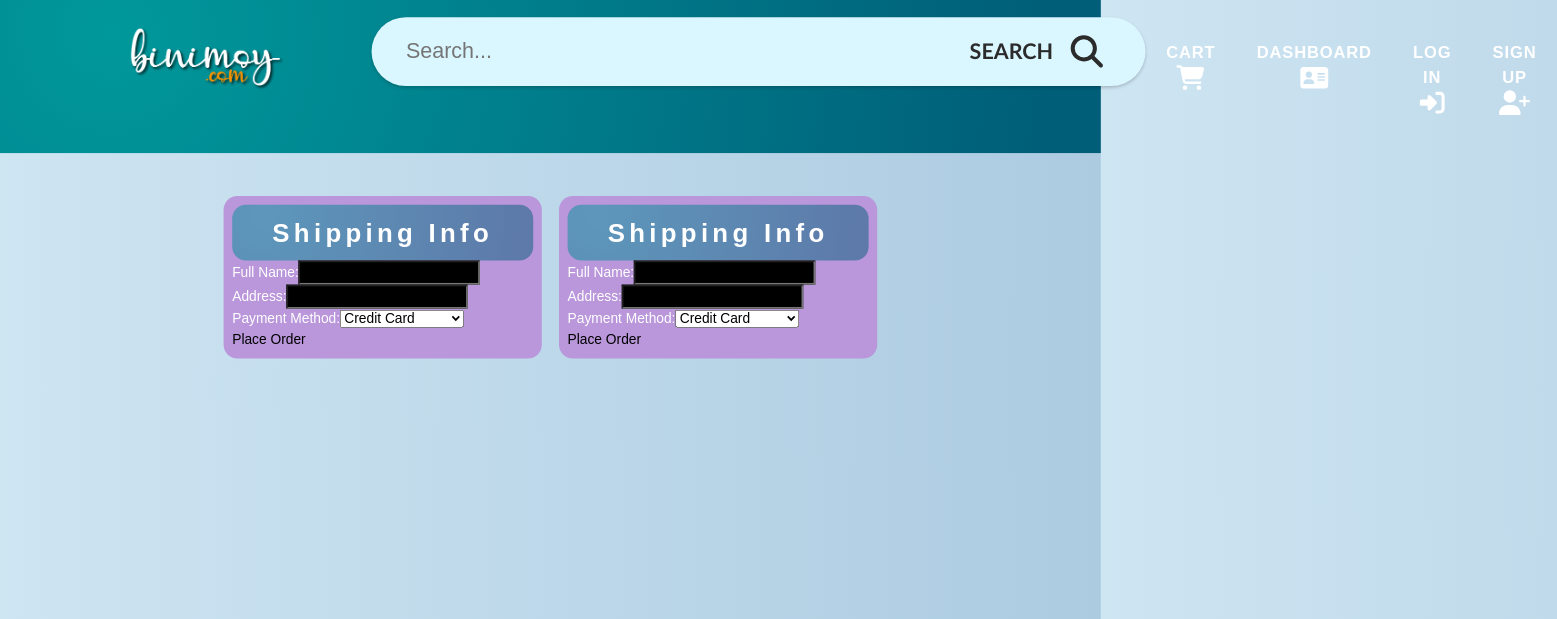
Repository: Shadman2024/2_1_DatabaseProject
Page: /checkout (app in frontend/)
These files come from the project's save history. The page is drawn as it stood at one moment and after the next save; the edit follows.
The browser window is 1280 px wide. The page is 1811 px wide, so the pictures cover 1811 px, including what lies to the right of the window. The pictures show the whole page, at 86% of full size.
Some web libraries are served in a nearby version. The project was rebuilt for these pictures with package versions that can differ from the ones it lists, and the page was loaded fresh each time. Also part of the build but not shown: frontend/src/App.css, frontend/src/signUp/signup.js, frontend/src/logIn/login.js, frontend/src/Home/home.module.css, frontend/src/Home/hero.js, frontend/src/Home/hero2.js, frontend/src/Home/hero3.js, frontend/src/Home/smallcategory.module.css and 31 more.

Above is the page before, as saved 2024-03-08 13:50:06.

### frontend/public/index.html
<!DOCTYPE html>
<html lang="en">

<head>
  <meta charset="utf-8" />
  <link rel="icon" href="%PUBLIC_URL%/favicon.ico" />
  <meta name="viewport" content="width=device-width, initial-scale=1" />
  <meta name="theme-color" content="#000000" />
  <meta name="description" content="Web site created using create-react-app" />
  <link rel="apple-touch-icon" href="%PUBLIC_URL%/logo192.png" />
  <!--
      manifest.json provides metadata used when your web app is installed on a
      user's mobile device or desktop. See https://developers.google.com/web/fundamentals/web-app-manifest/
    -->
  <link rel="manifest" href="%PUBLIC_URL%/manifest.json" />
  <link href="https://cdn.jsdelivr.net/npm/bootstrap@5.0.2/dist/css/bootstrap.min.css" rel="stylesheet"
    integrity="sha384-EVSTQN3/azprG1Anm3QDgpJLIm9Nao0Yz1ztcQTwFspd3yD65VohhpuuCOmLASjC" crossorigin="anonymous">
  <!--
      Notice the use of %PUBLIC_URL% in the tags above.
      It will be replaced with the URL of the `public` folder during the build.
      Only files inside the `public` folder can be referenced from the HTML.

      Unlike "/favicon.ico" or "favicon.ico", "%PUBLIC_URL%/favicon.ico" will
      work correctly both with client-side routing and a non-root public URL.
      Learn how to configure a non-root public URL by running `npm run build`.
    -->
  <title>React App</title>
</head>

<body style="background: linear-gradient(to right, #cee5f2, #accbe1);
/* Other styles */
margin: 0;
height: 100vh;
color: white;">
<!-- <body style="background: #1B1B1B"> -->


  <noscript>You need to enable JavaScript to run this app.</noscript>
  <div id="root"></div>
  <!--
      This HTML file is a template.
      If you open it directly in the browser, you will see an empty page.

      You can add webfonts, meta tags, or analytics to this file.
      The build step will place the bundled scripts into the <body> tag.

      To begin the development, run `npm start` or `yarn start`.
      To create a production bundle, use `npm run build` or `yarn build`.
    -->
  <script src="https://cdn.jsdelivr.net/npm/bootstrap@5.0.2/dist/js/bootstrap.bundle.min.js"
    integrity="sha384-MrcW6ZMFYlzcLA8Nl+NtUVF0sA7MsXsP1UyJoMp4YLEuNSfAP+JcXn/tWtIaxVXM"
    crossorigin="anonymous"></script>
  <script src="https://cdn.jsdelivr.net/npm/@popperjs/core@2.9.2/dist/umd/popper.min.js"
    integrity="sha384-IQsoLXl5PILFhosVNubq5LC7Qb9DXgDA9i+tQ8Zj3iwWAwPtgFTxbJ8NT4GN1R8p"
    crossorigin="anonymous"></script>
  <script src="https://cdn.jsdelivr.net/npm/bootstrap@5.0.2/dist/js/bootstrap.min.js"
    integrity="sha384-cVKIPhGWiC2Al4u+LWgxfKTRIcfu0JTxR+EQDz/bgldoEyl4H0zUF0QKbrJ0EcQF"
    crossorigin="anonymous"></script>
  <script src="https://code.jquery.com/jquery-3.2.1.slim.min.js"
    integrity="sha384-KJ3o2DKtIkvYIK3UENzmM7KCkRr/rE9/Qpg6aAZGJwFDMVNA/GpGFF93hXpG5KkN"
    crossorigin="anonymous"></script>
  <script src="https://cdnjs.cloudflare.com/ajax/libs/popper.js/1.12.3/umd/popper.min.js"
    integrity="sha384-vFJXuSJphROIrBnz7yo7oB41mKfc8JzQZiCq4NCceLEaO4IHwicKwpJf9c9IpFgh"
    crossorigin="anonymous"></script>
  <script src="https://maxcdn.bootstrapcdn.com/bootstrap/4.0.0-beta.2/js/bootstrap.min.js"
    integrity="sha384-alpBpkh1PFOepccYVYDB4do5UnbKysX5WZXm3XxPqe5iKTfUKjNkCk9SaVuEZflJ"
    crossorigin="anonymous"></script>


</body>

</html>

### frontend/src/index.css
*{
  margin: 0;
  outline: none;
}
body {
  margin: 0;
  font-family: -apple-system, BlinkMacSystemFont, 'Segoe UI', 'Roboto', 'Oxygen',
    'Ubuntu', 'Cantarell', 'Fira Sans', 'Droid Sans', 'Helvetica Neue',
    sans-serif;
  -webkit-font-smoothing: antialiased;
  -moz-osx-font-smoothing: grayscale;
}

code {
  font-family: source-code-pro, Menlo, Monaco, Consolas, 'Courier New',
    monospace;
}
html {
  scroll-behavior: smooth;
  position: relative;
  min-height: 100%;
  overflow-x: hidden;
}

### frontend/src/signUp/signup.module.css

.login_box {
  position: absolute;
  top: 50%;
  left: 50%;
  width: 400px;
  padding: 40px;
  margin: 20px auto;
  transform: translate(-50%, -55%);
  background-image: radial-gradient( circle farthest-corner at 10% 20%,  rgba(0,152,155,1) 0.1%, rgba(0,94,120,1) 94.2% );
  box-sizing: border-box;
  box-shadow: 0 15px 25px rgba(0,0,0,.6);
  border-radius: 10px;
  color: #ffffff;
  font-size: large;
  /* padding-left: 100px;
  padding-right: 100px; */
}
.login_box .user_box {
  position: relative;
}

.login_box .user_box input {
  width: 100%;
  padding: 10px 0;
  font-size: 16px;
  color: #fffdfd;
  margin-bottom: 30px;
  border: none;
  /* background-color: #0F1F2A; */
  border-bottom: 1px solid #ffffff;
  outline: none;
  background: transparent;
  font-size: larger;
  /* font-weight: bolder; */
}

.login_box .user_box label {
  position: absolute;
  top: -20px;
  left: 0;
  padding: 10px 0;
  font-size: 20px;
  color: #ffffff;
  /* background-color: #2E5D7F; */
  pointer-events: none;
  transition: .5s;
  font-size: large;
  /* padding: 0px;
  padding-left: 20%;
  padding-right: 20%; */
  font-weight: bold;
}

.login_box .user_box input:focus ~ label,
.login_box .user_box input:valid ~ label {
  /* top: -20px; */
  left: 0;
  color: #ffffff;
  font-size: 20px;
  /* background-color: #242424; */
  padding: 0px;
  padding-left: 10px;
  padding-right: 10px;
  font-weight: bolder;
}


.login_box p:first-child {
  margin: 0 0 30px;
  padding: 0;
  color: #ffffff;
  text-align: center;
  font-size: 1.5rem;
  font-weight: bold;
  letter-spacing: 1px;
  padding-bottom: 30px;
}




.animated_button {
  position: relative;
  display: inline-block;
  padding: 12px 24px;
  border: none;
  font-size: 16px;
  background-color: inherit;
  border-radius: 100px;
  font-weight: 600;
  color: #ffffff;
  box-shadow: 0 0 0 2px #ffffff00;
  cursor: pointer;
  overflow: hidden;
  transition: all 0.6s cubic-bezier(0.23, 1, 0.320, 1);
  text-align: center;
  font-size: 1.2rem;
  /* font-weight: bold; */
  letter-spacing: 1px;
  /* padding-bottom: 30px; */
}

.animated_button span:last-child {
  position: absolute;
  top: 50%;
  left: 50%;
  transform: translate(-50%, -50%);
  width: 20px;
  height: 20px;
  background-color: #fff;
  /* color: #000; */
  border-radius: 50%;
  opacity: 0;
  transition: all 0.8s cubic-bezier(0.23, 1, 0.320, 1);
}

.animated_button span:first-child {
  position: relative;
  z-index: 1;
}

.animated_button:hover {
  box-shadow: 0 0 0 3px #ffffff;
  color: #2F0332;
}

.animated_button:active {
  scale: 0.95;
}

.animated_button:hover span:last-child {
  width: 150px;
  height: 150px;
  opacity: 1;
}

input {
  color: white;
  background-color: black;
}

::-ms-reveal {
  filter: invert(100%);
}

/* Chrome, Safari, Edge, Opera */
input::-webkit-outer-spin-button,
input::-webkit-inner-spin-button {
-webkit-appearance: none;
margin: 0;
}

### frontend/src/logIn/login.module.css


.login_box {
  position: absolute;
  top: 50%;
  left: 50%;
  width: 400px;
  padding: 40px;
  margin: 20px auto;
  transform: translate(-50%, -55%);
  background-image: radial-gradient( circle farthest-corner at 10% 20%,  rgba(0,152,155,1) 0.1%, rgba(0,94,120,1) 94.2% );
  box-sizing: border-box;
  box-shadow: 0 15px 25px rgba(0, 0, 0, .6);
  border-radius: 10px;
  color: #ffffff;
  font-size: large;
  /* padding-left: 100px;
  padding-right: 100px; */
}

.login_box .user_box {
  position: relative;
}

.login_box .user_box input {
  width: 100%;
  padding: 10px 0;
  font-size: 16px;
  color: #fffdfd;
  margin-bottom: 30px;
  border: none;
  /* background-color: #0F1F2A; */
  border-bottom: 1px solid #ffffff;
  outline: none;
  background: transparent;
  font-size: larger;
  /* font-weight: bolder; */
}

.login_box .user_box label {
  position: absolute;
  top: -20px;
  left: 0;
  padding: 10px 0;
  font-size: 20px;
  color: #ffffff;
  /* background-color: #2E5D7F; */
  pointer-events: none;
  transition: .5s;
  font-size: large;
  /* padding: 0px;
  padding-left: 20%;
  padding-right: 20%; */
  font-weight: bold;
}

.login_box .user_box input:focus~label,
.login_box .user_box input:valid~label {
  /* top: -20px; */
  left: 0;
  color: #ffffff;
  font-size: 20px;
  /* background-color: #242424; */
  padding: 0px;
  padding-left: 10px;
  padding-right: 10px;
  font-weight: bolder;
}


.login_box p:first-child {
  margin: 0 0 30px;
  padding: 0;
  color: #ffffff;
  text-align: center;
  font-size: 1.5rem;
  font-weight: bold;
  letter-spacing: 1px;
  padding-bottom: 30px;
}




.animated_button {
  position: relative;
  display: inline-block;
  padding: 12px 24px;
  border: none;
  font-size: 16px;
  background-color: inherit;
  border-radius: 100px;
  font-weight: 600;
  color: #ffffff;
  box-shadow: 0 0 0 2px #ffffff00;
  cursor: pointer;
  overflow: hidden;
  transition: all 0.6s cubic-bezier(0.23, 1, 0.320, 1);
  text-align: center;
  font-size: 1.2rem;
  /* font-weight: bold; */
  letter-spacing: 1px;
  /* padding-bottom: 30px; */
}

.animated_button span:last-child {
  position: absolute;
  top: 50%;
  left: 50%;
  transform: translate(-50%, -50%);
  width: 20px;
  height: 20px;
  background-color: #fff;
  /* color: #000; */
  border-radius: 50%;
  opacity: 0;
  transition: all 0.8s cubic-bezier(0.23, 1, 0.320, 1);
}

.animated_button span:first-child {
  position: relative;
  z-index: 1;
}

.animated_button:hover {
  box-shadow: 0 0 0 3px #ffffff;
  color: #2F0332;
}

.animated_button:active {
  scale: 0.95;
}

.animated_button:hover span:last-child {
  width: 150px;
  height: 150px;
  opacity: 1;
}

input {
  color: white;
  background-color: black;
}

::-ms-reveal {
  filter: invert(100%);
}

### frontend/src/dashboard/dashboard.module.css
body {
    /* font-family: Arial, sans-serif; */
    margin: 0;
    padding: 0;
    box-sizing: border-box;
    /* font-size: larger; */
}

.container {
    font-size: 30px;
    display: flex;
    justify-content: space-around;
    margin: 20px;
    margin-left: 130px;
    margin-right: 130px;
}

.user_info,
.order_info {
    flex-basis: 45%;
    padding: 20px;
    box-shadow: 0 0 10px rgba(0, 0, 0, 0.1);
}


.user_photo {
    width: 200px;
    height: 200px;
    object-fit: cover;
    border-radius: 50%;
    margin-bottom: 20px;
}

h2 {
    color: #333;
    margin-bottom: 15px;
}

p {
    line-height: 1.6;
    color: #666;
}

strong {
    color: #333;
}

@media (max-width: 768px) {
    .container {
        flex-direction: column;
        align-items: center;
    }

    .user-info,
    .order-info {
        flex-basis: 90%;
    }
}

.title {
    /* Add styles for your title here */
    margin-bottom: 10px;
    /* Example space between title and wrapper */
    font-size: 30px;
    color: rgb(255, 255, 255);
    font-weight: bolder;
    padding-left: 200px;
    background-image: radial-gradient( circle farthest-corner at 10% 20%,  rgba(0,152,155,1) 0.1%, rgba(0,94,120,1) 94.2% );
    margin-top: 0px;
    letter-spacing: 5px;
}

.animated_button {
    position: relative;
    display: inline-block;
    padding: 12px 24px;
    border: none;
    font-size: 16px;
    background-color: rgb(71, 0, 73);
    border-radius: 100px;
    font-weight: 600;
    color: rgb(255, 255, 255);
    box-shadow: 0 0 0 2px #ffffff00;
    cursor: pointer;
    overflow: hidden;
    transition: all 0.6s cubic-bezier(0.23, 1, 0.320, 1);
    text-align: center;
    font-size: 1.2rem;
    /* font-weight: bold; */
    letter-spacing: 1px;
    /* padding-bottom: 30px; */
}

.animated_button span:last-child {
    position: absolute;
    top: 50%;
    left: 50%;
    transform: translate(-50%, -50%);
    width: 20px;
    height: 20px;
    background-color: rgb(71, 0, 73);
    /* color: #000; */
    border-radius: 50%;
    opacity: 0;
    transition: all 0.8s cubic-bezier(0.23, 1, 0.320, 1);
}

.animated_button span:first-child {
    position: relative;
    z-index: 1;
}

.animated_button:hover {
    box-shadow: 0 0 0 3px #ffffff;
    color: #2F0332;
}

.animated_button:active {
    scale: 0.95;
}

.animated_button:hover span:last-child {
    width: 150px;
    height: 150px;
    opacity: 1;
}
.userDetails {
    margin-bottom: 10px;
    color: #0f0f0f;
    font-size: 30px;
}

.userDetails strong {
    color: #2c2c2c;
    font-weight: bold;
}
.user_photo{
    margin-top: 10px;
}

.userDetail {
    display: flex;
    align-items: center;
    margin-bottom: 10px;
}

.detailLabel, .detailValue {
    margin-right: 100px;
}

.detailLabel {
    /* If you want the labels to have a fixed width for alignment */
    width: 220px;
    font-weight: bold;
    color: #000;
}

.detailValue {
    flex-grow: 1;
    color: #333;
}

/* Your existing styles */

### frontend/src/orders/orders.module.css
/* orders.module.css */
.orders_container {
  padding: 20px;
  /* background: #f5f5f5; */
  border-radius: 8px;
  /* box-shadow: 0 2px 4px rgba(0,0,0,0.1); */
  margin-left: 250px;
  margin-right: 250px;
  margin-left: 250px;
  margin-top: 40px;
  margin-right: 250px;
  padding: 20px;
  /* background-color: #f9f9f9; */
  border-radius: 8px;
  box-shadow: 0 2px 4px rgba(0,0,0,0.3);
  background-color: #97adda;
}

.title {
  font-size: 30px;;
  color: rgb(255, 255, 255);
  font-weight: bolder;
  background-image: radial-gradient( circle farthest-corner at 10% 20%,  rgba(0,152,155,50%) 0.1%, rgba(0,94,120,50%) 94.2% );
  margin-top: 0px;
  /* background-color: #ba96db; */
  letter-spacing: 5px;
  margin-bottom: 0px;
  padding-bottom: 0px;
  border-radius: 0.5rem;
  padding: 10px;
  text-align: center;
  border-radius: 1rem 1rem 1rem 1rem;
  margin-bottom: 10px;
}

.order {
  /* background: #ffffff; */
  padding: 15px;
  margin-bottom: 20px;
  /* border-radius: 8px; */
  /* box-shadow: 0 1px 3px rgba(0,0,0,0.12), 0 1px 2px rgba(0,0,0,0.24); */
  font-size: 20px;
  border-radius: 1rem 1rem 1rem 1rem;
  background-color: white;
}

.order h3 {
  color: #0275d8;
  font-size: 20px;
  margin-top: 0;
  margin-bottom: 10px;
}

.order p {
  color: #313131;
  margin: 5px 0;
}

ul {
  list-style-type: none;
  padding: 0;
}

li {
  margin: 5px 0;
  color: #363636;
}

strong {
  color: #333;
}

/* Specific styles for shipping and payment sections */
.order > div {
  margin-top: 10px;
  padding-top: 10px;
  border-top: 1px solid #eee;
}

/* Adjust the below properties as per your UI requirements */
.orders_table {
  width: 100%;
  border-collapse: collapse;
}

.orders_table th, .orders_table td {
  text-align: left;
  padding: 8px;
  border-bottom: 1px solid #ddd;
}

.orders_table th {
  background-color: #f9f9f9;
}
.orders_table {
  width: 100%;
  margin-top: 10px;
  border-collapse: collapse;
}

.orders_table th, .orders_table td {
  text-align: left;
  padding: 8px;
  border-bottom: 1px solid #ddd;
}

.orders_table th {
  background-color: teal;
  /* color: #313131; */
}
.orders_table td {
  background-color: #e0e0e0;
  color: #313131;
}

### frontend/src/checkout/checkout.module.css
.container{
    display: flex;
    margin-left: 250px;
    margin-right: 250px;
    margin-top: 40px;
}
.shipping{
    background-color: #ba96db;
    padding: 10px;
    width: 50%;
    margin: 10px;
    border-radius: 1rem 1rem 1rem 1rem;
}
.payment{
    background-color: #ba96db;
    padding: 10px;
    width: 50%;
    margin: 10px;
    border-radius: 1rem 1rem 1rem 1rem;
}
.title {
    font-size: 30px;;
    color: rgb(255, 255, 255);
    font-weight: bolder;
    background-image: radial-gradient( circle farthest-corner at 10% 20%,  rgba(0,152,155,50%) 0.1%, rgba(0,94,120,50%) 94.2% );
    margin-top: 0px;
    /* background-color: #ba96db; */
    letter-spacing: 5px;
    margin-bottom: 0px;
    padding-bottom: 0px;
    border-radius: 0.5rem;
    padding: 10px;
    text-align: center;
    border-radius: 1rem 1rem 1rem 1rem;
}

### frontend/src/Home/hero.module.css
.hero {
    /* height: 100vh; */
    background: linear-gradient(180deg, #fde1ff, #e1ffea22 60%);
    display: flex;
    margin-bottom: 25px;
}

.hero_left {
    flex: 1;
    display: flex;
    flex-direction: column;
    /* justify-content: center; */
    padding-top: 10px;
    gap: 2px;
    padding-left: 10px;
    line-height: 1.1;
}

.hero_left h2 {
    color: rgb(41, 0, 35);
    font-size: 26 px;
    font-weight: 600;
}

.hero_left p {
    color: rgb(50, 0, 54);
    font-size: 100px;
    font-weight: 600;
}

.hero_hand_icon {
    display: flex;
    align-items: center;
    gap: 20px;
}

.image {
    /* max-width: 100%; */
    width: 199%;
    height: 500px;
    display: block; /* Ensure images resize within their container */
    border: 2px solid black;
    border-radius: 0.4rem;
  }

/* .hero-latest-btn{
    display: flex;
    justify-content: center;
    align-items: center;
    gap: 15px;
    width: 310px;
    height: 70px;
    background: #3d1a3f;
    color: white;
    font-size: 22px;
    font-weight: 500;

} */

.hero_right {
    flex: 1;
    display: flex;
    align-items: center;
    justify-content: center;
}

button {
    position: relative;
    display: inline-block;
    cursor: pointer;
    outline: none;
    border: 0;
    vertical-align: middle;
    text-decoration: none;
    background: transparent;
    padding: 0;
    font-size: inherit;
    font-family: inherit;
}

button.learn_more {
    width: 12rem;
    height: auto;
}

button.learn_more .circle {
    transition: all 0.45s cubic-bezier(0.65, 0, 0.076, 1);
    position: relative;
    display: block;
    margin: 0;
    width: 3rem;
    height: 3rem;
    background: #ffffff;
    border-radius: 1.625rem;
}

button.learn_more .circle .icon {
    transition: all 0.45s cubic-bezier(0.65, 0, 0.076, 1);
    position: absolute;
    top: 0;
    bottom: 0;
    margin: auto;
    background: #ffffff;
}

button.learn_more .circle .icon {
    transition: all 0.45s cubic-bezier(0.65, 0, 0.076, 1);
    left: 0.625rem;
    width: 1.125rem;
    height: 0.125rem;
    background: none;
}

button.learn_more .circle .icon::before {
    position: absolute;
    content: "";
    top: -0.29rem;
    right: 0.0625rem;
    width: 0.625rem;
    height: 0.625rem;
    border-top: 0.125rem solid #020202;
    border-right: 0.125rem solid #000000;
    transform: rotate(45deg);
}

button.learn_more .button_text {
    transition: all 0.45s cubic-bezier(0.65, 0, 0.076, 1);
    position: absolute;
    top: 0;
    left: 0;
    right: 0;
    bottom: 0;
    padding: 0.75rem 0;
    margin: 0 0 0 1.85rem;
    color: #ffffff;
    font-weight: 700;
    line-height: 1.6;
    text-align: center;
    text-transform: uppercase;
}

button:hover .circle {
    width: 100%;
}

button:hover .circle .icon{
    background: #000000;
    transform: translate(1rem, 0);
}

button:hover .button_text {
    color: #000000;
}

### frontend/src/Home/hero3.module.css
.hero {
    height: 10vh;
    /* Layer the gradient over the image */
    background-image: linear-gradient(90deg, #ffffff, #ffffff22 70%), url('hero3image.jpg');
    background-size: cover; /* Cover the entire area */
    background-position: center; /* Center the image */
    display: flex;
    padding-top: 20%;
    padding-bottom: 20%;
    /* If you want the image to not scroll with the page, use the following line */
    background-attachment: fixed;
}


.hero_left {
    flex: 1;
    display: flex;
    flex-direction: column;
    justify-content: center;
    gap: 20px;
    padding-left: 180px;
    line-height: 1.1;
}

.hero_left h2 {
    color: rgb(46, 0, 27);
    font-size: 26px; /* Corrected the space issue between '26' and 'px' */
    font-weight: 600;
    /* text-shadow: 2px 2px 4px rgba(0, 0, 0, 0.9); Example shadow: horizontal, vertical, blur, color */
}

.hero_left p {
    color: rgb(58, 0, 50);
    font-size: 100px;
    font-weight: 600;
    /* text-shadow: 3px 9px 9px rgba(0, 0, 0, 0.9); Slightly larger shadow for larger text */
}


.hero_hand_icon {
    display: flex;
    align-items: center;
    gap: 20px;
}

/* .hero-latest-btn{
    display: flex;
    justify-content: center;
    align-items: center;
    gap: 15px;
    width: 310px;
    height: 70px;
    background: #3d1a3f;
    color: white;
    font-size: 22px;
    font-weight: 500;

} */

.hero_right {
    flex: 1;
    display: flex;
    align-items: center;
    justify-content: center;
}

button {
    position: relative;
    display: inline-block;
    cursor: pointer;
    outline: none;
    border: 0;
    vertical-align: middle;
    text-decoration: none;
    background: transparent;
    padding: 0;
    font-size: inherit;
    font-family: inherit;
}

button.learn_more {
    width: 12rem;
    height: auto;
}

button.learn_more .circle {
    transition: all 0.45s cubic-bezier(0.65, 0, 0.076, 1);
    position: relative;
    display: block;
    margin: 0;
    width: 3rem;
    height: 3rem;
    background: #360029;
    border-radius: 1.625rem;
}

button.learn_more .circle .icon {
    transition: all 0.45s cubic-bezier(0.65, 0, 0.076, 1);
    position: absolute;
    top: 0;
    bottom: 0;
    margin: auto;
    background: #1d0018;
}

button.learn_more .circle .icon {
    transition: all 0.45s cubic-bezier(0.65, 0, 0.076, 1);
    left: 0.625rem;
    width: 1.125rem;
    height: 0.125rem;
    background: none;
}

button.learn_more .circle .icon::before {
    position: absolute;
    content: "";
    top: -0.29rem;
    right: 0.0625rem;
    width: 0.625rem;
    height: 0.625rem;
    border-top: 0.125rem solid #ffffff;
    border-right: 0.125rem solid #ffffff;
    transform: rotate(45deg);
}

button.learn_more .button_text {
    transition: all 0.45s cubic-bezier(0.65, 0, 0.076, 1);
    position: absolute;
    top: 0;
    left: 0;
    right: 0;
    bottom: 0;
    padding: 0.75rem 0;
    margin: 0 0 0 1.85rem;
    color: #1b0017;
    font-weight: 700;
    line-height: 1.6;
    text-align: center;
    text-transform: uppercase;
}

button:hover .circle {
    width: 100%;
}

button:hover .circle .icon{
    background: #ffffff;
    transform: translate(1rem, 0);
}

button:hover .button_text {
    color: #ffffff;
}

Loaded but not shown: frontend/src/NavBar/nav.js (82 lines, source omitted); frontend/src/checkout/checkout.js (78 lines, source omitted); frontend/src/App.js (81 lines, source omitted); frontend/src/index.js (10 lines, source omitted); frontend/src/seach/search.module.css (299 lines, source omitted); frontend/src/NavBar/nav.module.css (307 lines, source omitted); frontend/src/Home/hero2.module.css (153 lines, source omitted); frontend/src/admin/admin.module.css (no stored copy; drawn as an empty file)

After the next save:
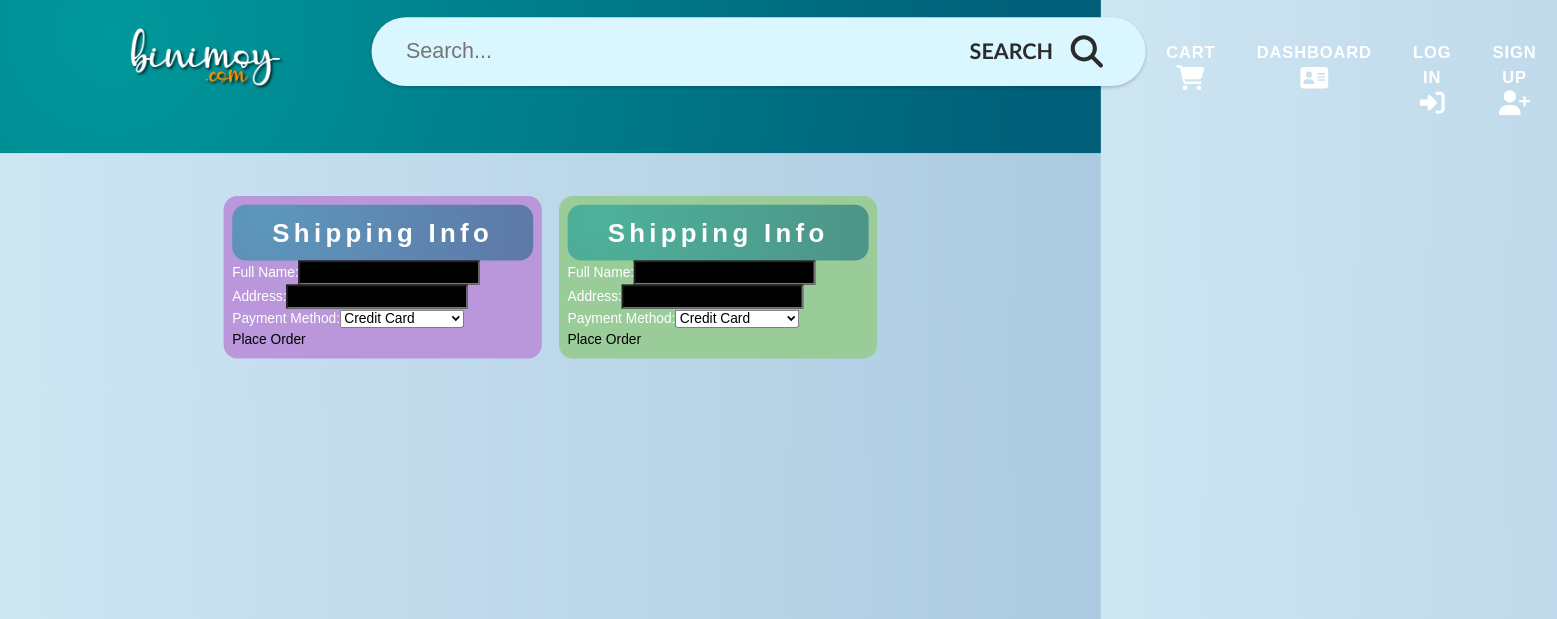
Saved 50 s later.
--- a/frontend/src/checkout/checkout.module.css
+++ b/frontend/src/checkout/checkout.module.css
@@ -12,7 +12,7 @@
     border-radius: 1rem 1rem 1rem 1rem;
 }
 .payment{
-    background-color: #ba96db;
+    background-color: #9acc9a;
     padding: 10px;
     width: 50%;
     margin: 10px;
